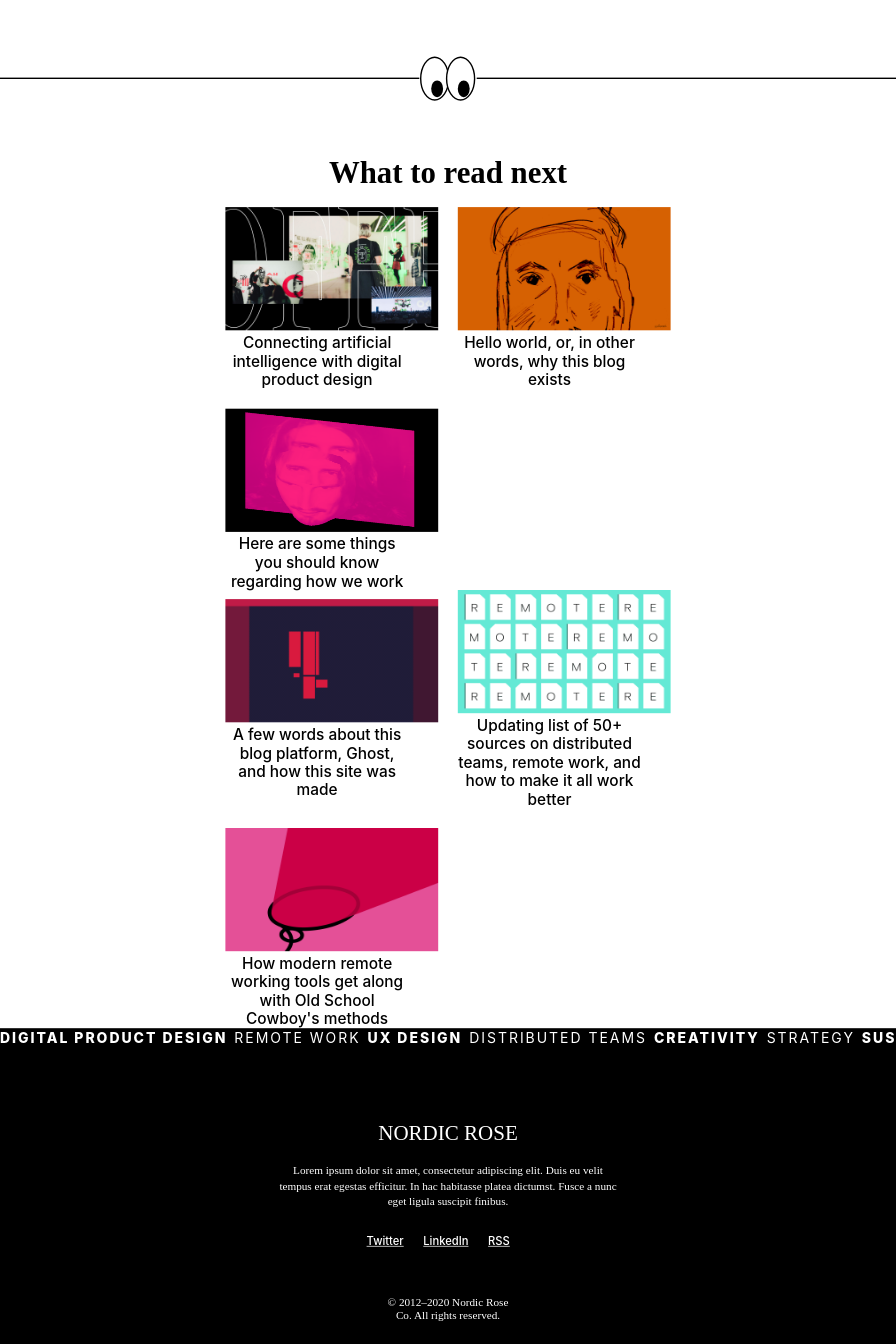
Repository: ThuTrang-jvb/JVB-BT1
Page: Page 3/article.html
An editor plug-in stored every save of this project. The page is shown before and after a run of saves, followed by the edit.
The browser window is 1280 px wide. The pictures show the part of the page from y = 3857 to 5777 px (the page is 5777 px tall before and 5176 px after), at 70% of full size.

Above is the page before, as saved 2025-06-30 09:48:01.

### Page 3/article.html
<!DOCTYPE html>
<html lang="en">
<head>
    <meta charset="UTF-8">
    <meta name="viewport" content="width=device-width, initial-scale=1.0">
    <link rel="stylesheet" href="styleArticle.css">
    <link href="https://fonts.googleapis.com/css2?family=Playfair+Display&display=swap" rel="stylesheet">
    <title>Article</title>
</head>
<body>
    <div class="header">
        <h1>NORDIC ROSE</h1>
        <div class="nav">
            <p class="active">blog</p>
            <p>about</p>
            <p>links</p>
            <p>projects</p>
        </div>
        <div class="hamburger">
            <span></span>
            <span></span>
            <span></span>
        </div>
    </div>
    <hr>
    <div class="main">
        <div class="title">
            <h1>A few words about this blog platform, Ghost, and how this site was made</h1>
            <p>Why Ghost (& Figma) instead of Medium, <br> WordPress or other options?</p>
            <img src="image/image 2.png" alt="image 2">
            <hr>
        </div>
        <div class="status">
            <div class="status_img">
                <img src="image/anh_nen.png" alt="image 3">
                <div class="status_text">
                    <p class="bold_p">Mika MAtikainen</p>
                    <p>Apr 15, 2020 · 4 min read</p>
                </div>

            </div>

            <div class="share-buttons">
                <button class="share-btn" aria-label="Share on Facebook">
                    <svg width="18" height="18" viewBox="0 0 24 24" fill="#000" xmlns="http://www.w3.org/2000/svg">
                    <path d="M22 12.07C22 6.48 17.52 2 12 2S2 6.48 2 12.07c0 5 3.66 9.13 8.44 9.93v-7.03h-2.54v-2.9h2.54V9.41c0-2.5 1.49-3.89 3.77-3.89 1.09 0 2.24.2 2.24.2v2.46h-1.26c-1.24 0-1.63.77-1.63 1.56v1.87h2.78l-.44 2.9h-2.34v7.03C18.34 21.2 22 17.07 22 12.07z"/>
                    </svg>
                </button>
                <button class="share-btn" aria-label="Share on Twitter">
                    <svg width="18" height="18" viewBox="0 0 24 24" fill="#000" xmlns="http://www.w3.org/2000/svg">
                    <path d="M22.46 6c-.77.35-1.6.58-2.46.69a4.28 4.28 0 0 0 1.88-2.36 8.56 8.56 0 0 1-2.71 1.04 4.26 4.26 0 0 0-7.26 3.88 12.09 12.09 0 0 1-8.77-4.45 4.26 4.26 0 0 0 1.32 5.69 4.23 4.23 0 0 1-1.93-.53v.05a4.26 4.26 0 0 0 3.42 4.17 4.29 4.29 0 0 1-1.92.07 4.26 4.26 0 0 0 3.98 2.96A8.54 8.54 0 0 1 2 19.54 12.07 12.07 0 0 0 8.29 21.5c7.55 0 11.68-6.26 11.68-11.68 0-.18 0-.35-.01-.53A8.36 8.36 0 0 0 22.46 6z"/>
                    </svg>
                </button>
            </div>
        </div>
        <div class="caption">
            <pre>Lorem ipsum dolor sit amet, consectetur adipiscing elit. Duis eu velit
tempus erat egestas efficitur. In hac habitasse platea dictumst. Fusce a
nunc eget ligula suscipit finibus. Aenean pharetra quis lacus at viverra.

Class aptent taciti sociosqu ad litora torquent per conubia nostra, per
inceptos himenaeos. Aliquam quis posuere ligula. In eu dui molestie, molestie
lectus eu, semper lectus.</pre>
            <h2>Next on the pipeline</h2>
            <pre>Duis eu velit tempus erat egestas efficitur. In hac habitasse platea
dictumst. Fusce a nunc eget ligula suscipit finibus. Aenean pharetra
quis lacus at viverra. Class aptent taciti sociosqu ad litora torquent per
conubia nostra, per inceptos himenaeos.

Morbi efficitur auctor metus, id mollis lorem pellentesque id. Nullam
posuere maximus dui et fringilla. </pre>
            <figure>
                <img src="image/3cc5df540f70fc0ba5d96cdc94c3d237971a9b6e.jpg" alt="Rectangle 8">
                <figcaption>Image caption centered this way and I’ll make this a bit longer to indicate the amount of line-height. </figcaption>
            </figure>
            <pre>Aenean pharetra quis lacus at viverra. Class aptent taciti sociosqu ad
litora torquent per conubia nostra, per inceptos himenaeos. Aliquam
quis posuere ligula.

In eu dui molestie, molestie lectus eu, semper lectus. Proin at justo
lacinia, auctor nisl et, consequat ante. Donec sit amet nisi arcu. Morbi
efficitur auctor metus, id mollis lorem pellentesque id. Nullam
posuere maximus dui et fringilla. Nulla non volutpat leo.</pre>
            <p>A list looks like this:</p>
            <ul>
                <li>First item in the list</li>
                <li>Second item in the list lorem ipsum dolor sit amet nunc felis dolor lorem ipsum sit amet</li>
                <li>Third item in the list</li>
            </ul>
            <p>Class aptent taciti sociosqu ad litora torquent per conubia nostra, per inceptos himenaeos. Aliquam quis posuere ligula. </p>
            <p>Thanks for reading,<br>
            Mika</p>
        </div>
        <div class="links">
            <div class="share-buttons">
                <button class="share-btn" aria-label="Share on Facebook">
                    <svg width="18" height="18" viewBox="0 0 24 24" fill="#000" xmlns="http://www.w3.org/2000/svg">
                        <path d="M22 12.07C22 6.48 17.52 2 12 2S2 6.48 2 12.07c0 5 3.66 9.13 8.44 9.93v-7.03h-2.54v-2.9h2.54V9.41c0-2.5 1.49-3.89 3.77-3.89 1.09 0 2.24.2 2.24.2v2.46h-1.26c-1.24 0-1.63.77-1.63 1.56v1.87h2.78l-.44 2.9h-2.34v7.03C18.34 21.2 22 17.07 22 12.07z"/>
                        <span>Share on Facebook</span>
                    </svg>
                </button>
                <button class="share-btn" aria-label="Share on Twitter">
                    <svg width="18" height="18" viewBox="0 0 24 24" fill="#000" xmlns="http://www.w3.org/2000/svg">
                    <path d="M22.46 6c-.77.35-1.6.58-2.46.69a4.28 4.28 0 0 0 1.88-2.36 8.56 8.56 0 0 1-2.71 1.04 4.26 4.26 0 0 0-7.26 3.88 12.09 12.09 0 0 1-8.77-4.45 4.26 4.26 0 0 0 1.32 5.69 4.23 4.23 0 0 1-1.93-.53v.05a4.26 4.26 0 0 0 3.42 4.17 4.29 4.29 0 0 1-1.92.07 4.26 4.26 0 0 0 3.98 2.96A8.54 8.54 0 0 1 2 19.54 12.07 12.07 0 0 0 8.29 21.5c7.55 0 11.68-6.26 11.68-11.68 0-.18 0-.35-.01-.53A8.36 8.36 0 0 0 22.46 6z"/>
                    <span>Share on Twitter</span>
                    </svg>
                </button>
            </div>
        </div>
        <div class="tag">
            <p>Tags: <a href="#">product design</a>, <a href="#">culture</a></p>
            <hr>
            <div class="status_tag">
                <img src="image/anh_nen.png" alt="image 3">
                <div class="status_text_end">
                    <p> <b>MIKA MATIKAINEN</b> is a Design Founder & Advisor, Berlin School of Creative Leadership Executive MBA participant, Zippie advisor, Wolt co-founder, and Nordic Rose stakeholder.  </p>
                </div>

            </div>
        </div>
    </div>
    <div class="divider">
        <div class="path"></div>
        <div class="eyes">
            <div class="eye eye-left">
                <div class="pupil"></div>
            </div>
            <div class="eye eye-right">
                <div class="pupil"></div>
            </div>
        </div>
        <div class="path"></div>
    </div>
    <div>
        <h3>What to read next</h3>
        <div class="image">
            <div class="image_line">
                <img src="image/image1.png" alt="Rectangle 4">
                <p>Connecting artificial intelligence with digital product design</p>
            </div>
            <div class="image_line">
                <img src="image/image2.png" alt="Rectangle 11">
                <p>Hello world, or, in other words, why this blog exists</p>
            </div>
            <div class="image_line">
                <img src="image/image.png" alt="Rectangle 10">
                <p>Here are some things you should know regarding how we work </p>
            </div>
        </div>
        <div class="image_desktop">
            <div class="image_line">
                <img src="image/image13.png" alt="Rectangle 37">
                <p>A few words about this blog platform, Ghost, and how this site was made</p>
            </div>
            <div class="image_line">
                <img src="image/image12.png" alt="Rectangle 39">
                <p>Updating list of 50+ sources on distributed teams, remote work, and how to make it all work better</p>
            </div>
            <div class="image_line">
                <img src="image/image11.png" alt="Rectangle 38">
                <p>How modern remote working tools get along with Old School Cowboy's methods</p>
            </div>
        </div>
    </div>
    <div class="footer">
        <div class="line-wrap">
            <div class="line">
                <span class="bold">Digital product design</span>
                <span>Remote work</span>
                <span class="bold">UX design</span>
                <span>Distributed teams</span>
                <span class="bold">Creativity</span>
                <span>Strategy</span>
                <span class="bold">Suspense</span>
                <span>Growth</span>
            </div>
        </div>
        <p class="logo">NORDIC ROSE</p>
        <p class="para">Lorem ipsum dolor sit amet, consectetur adipiscing elit. Duis eu velit tempus erat egestas efficitur. In hac habitasse platea dictumst. Fusce a nunc eget ligula suscipit finibus. </p>
        <div class="info">
            <p>Twitter</p>
            <p>LinkedIn</p>
            <p>RSS</p>
        </div>
        <p class="year">© 2012–2020 Nordic Rose Co. All rights reserved. </p>
    </div>
</body>
</html>

### Page 3/styleArticle.css
 * {
    margin: 0;
    padding: 0;
    box-sizing: border-box;
 }
.header {
    width: 100%;
    max-width: 1440px;
    height: auto;
    box-sizing: border-box;
    justify-content: space-between;
    align-items: center;
    display: flex;
    gap: 476.59px;
    padding: 52.54px 61px 40px 63.58px;
    height: 134px;
}
.header h1 {
    font-weight: 400;
    font-size: 30px;
}
.hamburger {
  display: none;
  flex-direction: column;
  gap: 5px;
  cursor: pointer;
}

.hamburger span {
  width: 25px;
  height: 3px;
  background-color: black;
  display: block;
  border-radius: 2px;
}
.nav {
    display: flex;
    justify-content: center;
    gap: 34px;
}
.nav p {
    position: relative;
    font-family: New York Small;
    font-weight: 500;
    font-size: 20px;
    line-height: 170%;
    letter-spacing: 2.8px;
    text-align: center;
    text-transform: uppercase;
    margin: 0;
    text-decoration: none;

}

.nav p.active::after {
    content: "";
    position: absolute;
    bottom: -43px;
    left: 50%;
    transform: translateX(-50%);
    width: 50px;
    height: 2px;
    background-color: #000;
}

hr {
  width: 100vw;
  border: none;
  border-top: 1px solid #ccc;
  margin: 0;
}
.title img {
    width: 100vw;
    height: auto;
    display: block;
    padding-bottom: 44px;
    margin: 0 auto;
}
.title h1 {
    font-family: New York Extra Large;
    font-weight: 700;
    font-size: 54px;
    line-height: 100%;
    letter-spacing: 0%;
    text-align: center;
    margin: 0 auto;
    max-width: 858px;
    padding-top: 52px;
    padding-bottom: 32px;
}
.title p {
    font-family: SF Mono;
    font-weight: 400;
    font-size: 20px;
    line-height: 170%;
    letter-spacing: 0%;
    text-align: center;
    max-width: 592px;
    margin: 0 auto;
    padding-bottom: 52px;

}
.title hr {
    border: 2px solid #000000;
    width: 640px;
    display: block;
    margin: 0 auto;
}
.status_img img {
    width: 56px;
    height: 56px;
    object-fit: cover;
    border-radius: 50%;
}
.share-buttons {
    display: flex;
    border: 2px solid #e0e0e0;
    border-radius: 5px;
    overflow: hidden;
    width: fit-content;
    background-color: #fff;
    margin-left: 273px;
    margin-top: 1px;
}
.share-btn {
    border: none;
    padding: 12.04px 25px;
    background: transparent;
    cursor: pointer;
    display: flex;
    align-items: center;
    justify-content: center;
    outline: none;
    gap: 16px;
}

.share-btn + .share-btn {
    border-left: 1px solid #e0e0e0;
}

.share-btn svg {
    width: 20px;
    height: 20px;
}
.status {
    display: flex;
    justify-content: center;
    align-items: center;
}
.status_img {
    display: flex;
    align-items: center;
    gap: 5px;
    padding-top: 24px;
    padding-bottom: 53px;
}
.bold_p {
    max-width: 191px;
    font-family: SF Pro Text;
    font-weight: 700;
    font-size: 16px;
    line-height: 100%;
    letter-spacing: 5%;
    text-transform: uppercase;
}
.status_text p {
    font-family: SF Pro Text;
    font-weight: 400;
    font-size: 16px;
    line-height: 100%;
    letter-spacing: 0%;
}
.status_text {
    padding-top: 5px;
}
.caption pre{
    text-align: left;
    margin: 0 auto;
    max-width: 640px;
    font-family: 'SF Pro Text', 'New York Medium', serif;
    font-weight: 400;
    font-size: 20px;
    line-height: 170%;
    letter-spacing: 0%;

}

.caption h2 {
    font-family: SF Pro Display;
    font-weight: 700;
    font-size: 32px;
    line-height: 160%;
    letter-spacing: 0%;
    padding-top: 57px;
    padding-bottom: 24px;
    text-align: left;
    max-width: 640px;
    margin: 0 auto;
}
.caption img {
    width: 854px;
    height: 570px;
    display: block;
    margin: 0 auto;
    padding-top: 52px;
    padding-bottom: 12px;
}
figcaption {
    max-width: 481px;
    text-align: center;
    margin: 0 auto;
    padding-bottom: 52px;
}
.caption p {
    font-family: New York Medium;
    font-weight: 400;
    font-size: 20px;
    line-height: 170%;
    letter-spacing: 0%;
    text-align: left;
    margin: 0 auto;
    max-width: 640px;
    padding-top: 52px;
}
li {
    font-family: New York Medium;
    font-weight: 400;
    font-size: 20px;
    line-height: 170%;
    letter-spacing: 0%;
    text-align: left;
    margin: 0 auto;
    max-width: 588px;
}
ul {
    padding-top: 19px;
}
.links {
    display: block;
    margin: 0 auto;
    padding-top: 77px;

}
.links .share-buttons{
    margin: 0 auto;
}
.links .share-btn {
    padding: 19px 70px;
}
.tag p {
    max-width: 640px;
    text-align: left;
    margin: 0 auto;
    padding-top: 32px;
    padding-bottom: 34px;
    font-family: SF Pro Text;
    font-weight: 500;
    font-size: 16px;
    line-height: 100%;
    letter-spacing: 3%;

}
.tag hr {
    border: 1px dotted #000000;
    width: 640px;
    display: block;
    margin: 0 auto;
}
.status_text_end {
    display: flex;
    max-width: 543px;
    text-align: left;
    margin: 0 auto;
    font-family: SF Pro Text;
    font-weight: 400;
    font-size: 16px;
    line-height: 160%;
    letter-spacing: 5%;

}
.status_tag img {
    width: 70px;
    height: 70px;
    object-fit: cover;
    border-radius: 50%;
}
.status_tag {
    display: flex;
    align-items: center;
    gap: 24px;
    max-width: 640px;
    margin: 0 auto;
}



.footer {
    background-color: #000000;
    color: white;
    text-align: center;
    padding-bottom:32px;
}
.bold {
    font-weight: 800;
}
.line {
    display: flex;
    flex-wrap: nowrap;
    overflow-x: auto;
    max-width: 100%;
    letter-spacing: 2.8px;
    white-space: nowrap;
    padding-bottom: 105.12px;
    scrollbar-width: none;
    gap: 10px;
}
.line::-webkit-scrollbar {
    display: none;
}
.line-wrapper {
  width: 100vw;
  overflow-x: auto;
}
.line span {
    font-family: SF Pro Text;
      font-size: 20px;
      color: #fff;
      text-transform: uppercase;
      display: inline-flex;
      flex-wrap: nowrap;
      justify-content: center;
      flex-shrink: 0;
      line-height: 28px;
}
    .divider {
      display: flex;
      align-items: center;
      justify-content: center;
      margin: 100px 0 40.71px;
    }

    .path {
      flex: 1;
      height: 2.5px;
      background-color: black;
    }

    .eyes {
      display: flex;
      width: 82px;
      height: 64px;
      align-items: center;
      position: relative;
    }

    .eye {
      width: 42.29px;
      height: 62.86px;
      background: white;
      border: 2.5px solid black;
      border-radius: 50%;
      position: absolute;
    }

    .eye-left {
      left: 0.5px;
    }

    .eye-right {
      left: 38px;
    }

    .pupil {
      width: 17.14px;
      height: 24.29px;
      background: black;
      border-radius: 50%;
      position: absolute;
      top: 55%;
      left: 38%;
    }
.image, .image_desktop {
    display: flex;
    gap: 28px;
    align-items: center;
    margin: 0 auto;display: grid;
    grid-template-columns: repeat(2, 0fr);
    justify-content: center;
    gap: 28px
}
.image_line img {
    width: 304px;
    height: 176px;
}
.image_line p {
    font-family: SF Pro Display;
    font-weight: 500;
    font-size: 22px;
    line-height: 120%;
    letter-spacing: 0%;
    text-align: center;
    max-width: 262px;
}
h3 {
    font-family: New York Extra Large;
    font-weight: 700;
    font-size: 44px;
    line-height: 100%;
    letter-spacing: 0%;
    text-align: center;
    padding-top: 40.71px;
    padding-bottom: 27px;
}










.footer h1 {
    padding-bottom: 25.58px;
}
.para {
    font-family: New York Small;
    font-weight: 400;
    font-size: 16px;
    line-height: 140%;
    text-align: center;
    max-width: 488px;
    padding-bottom: 32px;
    margin: 0 auto;
}
.info {
    display: flex;
    justify-content: center;
    max-width: 209px;
    padding-bottom: 64px;
    margin: 0 auto;
}

.info p {
    margin: 0;
    font-family: SF Pro Text;
    font-weight: 500;
    font-size: 16px;
    line-height: 170%;
    text-decoration: underline;
    padding-right: 28px;
}
.logo {
    margin: 0;
    font-weight: 400;
    font-size: 30px;
    padding-bottom: 25.58px;
}
.footer .year {
    max-width: 178px;
    text-align: center;
    margin: 0 auto;
}
@media screen and (max-width: 767px) {
    .header {
        padding: 24px 20px;
        gap: 0;
    }

    .nav {
        display: none;
    }

    .hamburger {
        display: flex;
    }
    hr {
        width: 100%;
    }
    .main {
        padding: 52px 0 0 0;
    }

    .title img {
        width: 100%;
        height: auto;
        display: block;
        margin: 0;
    }

    .title h1 {
        font-size: 36px;
        max-width: 100%;
        text-align: center;
        padding-bottom: 24px;
        margin: 0 auto;
    }

    .title p {
        font-size: 16px;
        max-width: 90%;
        text-align: center;
        padding-bottom: 36px;
    }

    .title hr {
        width: 90%;

    }




    .line {
        margin: 0;
        padding-bottom: 32px;
        justify-content: flex-start;
        max-width: 100vw;
        overflow-x: auto;
    }

    .line span {
        font-size: 14px;
        line-height: 24px;
    }

    .logo {
        font-size: 20px;
        padding-bottom: 16px;
    }

    .para {
        font-size: 14px;
        padding-bottom: 32px;
        margin: 0 auto;
        max-width: 90%;
    }

    .info {
        justify-content: center;
        gap: 16px;
        font-size: 14px;
        padding-bottom: 64px;
        max-width: 100%;
    }

    .footer .year {
        font-size: 12px;
        padding: 0 16px;
    }
}

After the next 2 saves:
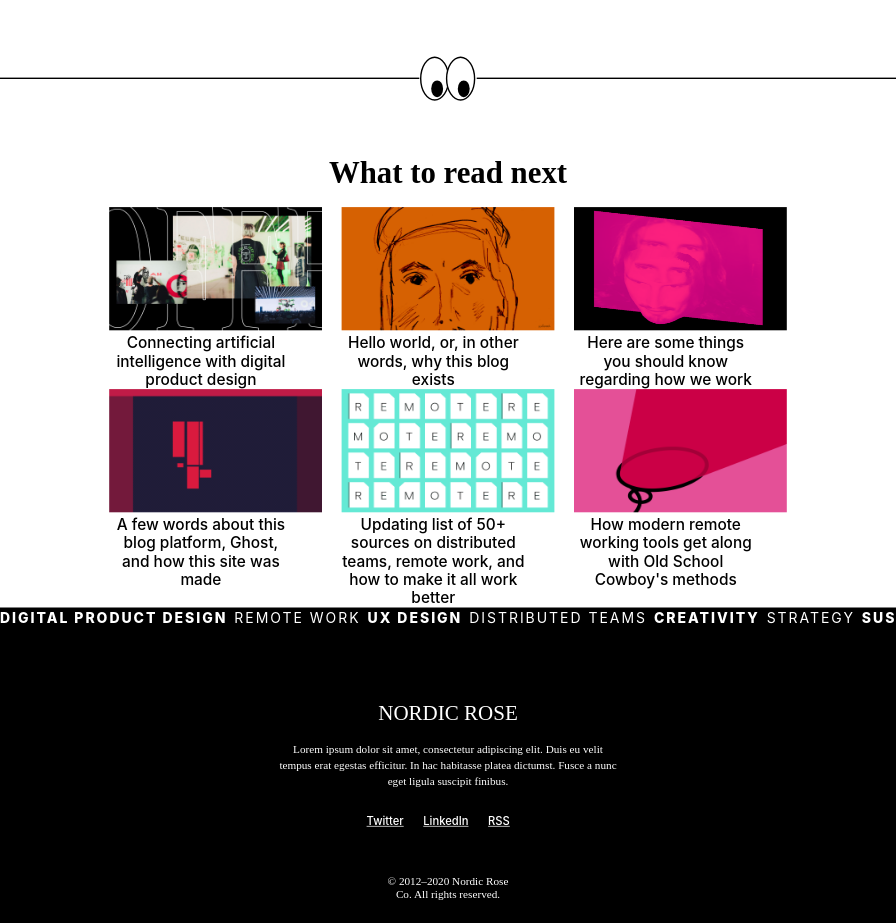
The 2 saves are shown as one change because they came seconds apart.
The last was saved 13 s later.
--- a/Page 3/styleArticle.css
+++ b/Page 3/styleArticle.css
@@ -380,11 +380,8 @@ ul {
       left: 38%;
     }
 .image, .image_desktop {
-    display: flex;
-    gap: 28px;
-    align-items: center;
-    margin: 0 auto;display: grid;
-    grid-template-columns: repeat(2, 0fr);
+    display: grid;
+    grid-template-columns: repeat(3, 0fr);
     justify-content: center;
     gap: 28px
 }
